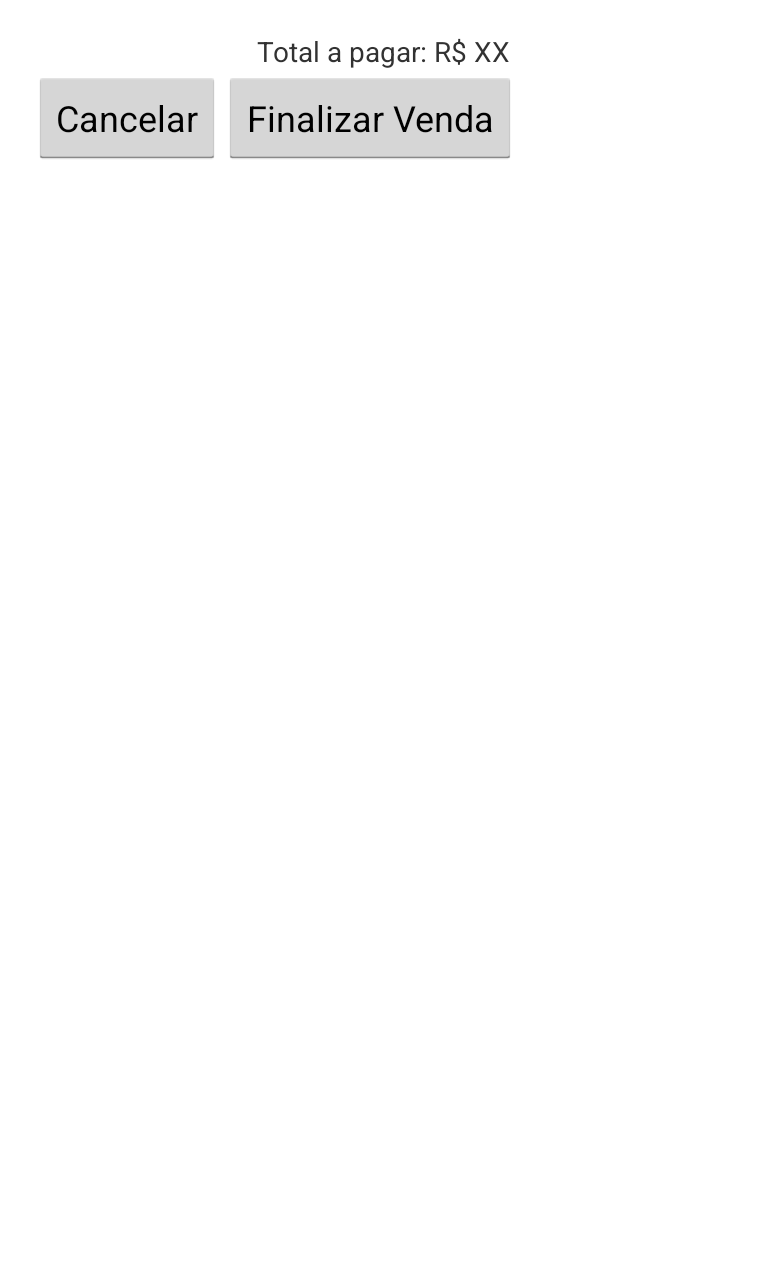
Repository: tmalveirac/mobpdv
Layout: WorkspaceAndroid/MobPDVProjet/res/layout/activity_venda.xml
These files come from the project's save history. The layout is drawn as it stood at one moment and after the next save; the edit follows.
It is drawn on a 768 x 1280 px phone screen (xhdpi) without system bars, with theme AppTheme; the app's code is not run. Lists and similar views that code fills are empty.

Above is the layout before, as saved 2013-06-04 13:14:17.

After the next save:
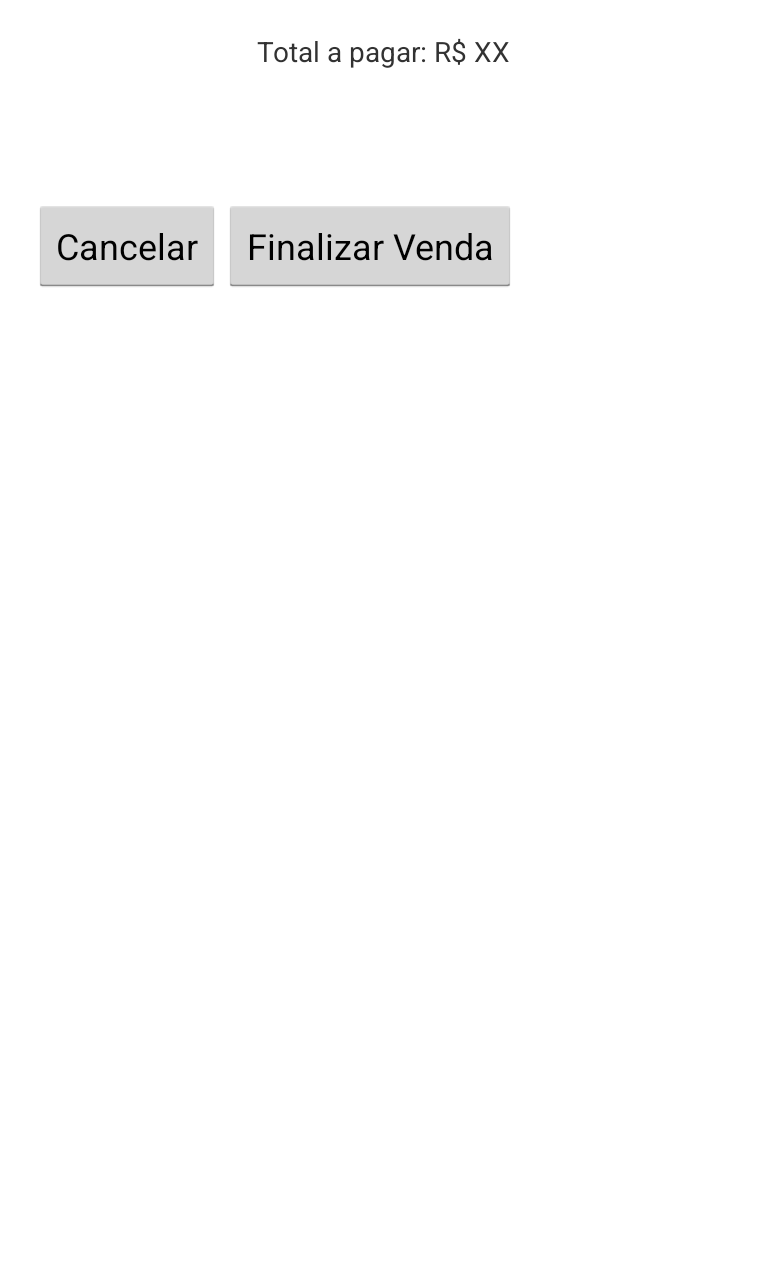
Saved 85 s later.
--- a/WorkspaceAndroid/MobPDVProjet/res/layout/activity_venda.xml
+++ b/WorkspaceAndroid/MobPDVProjet/res/layout/activity_venda.xml
@@ -23,6 +23,12 @@
         android:layout_height="wrap_content"
         android:orientation="vertical" >
 
+         <ListView
+             android:id="@+id/listView1"
+             android:layout_width="match_parent"
+             android:layout_height="64dp" >
+         </ListView>
+
     </LinearLayout>
 
 
